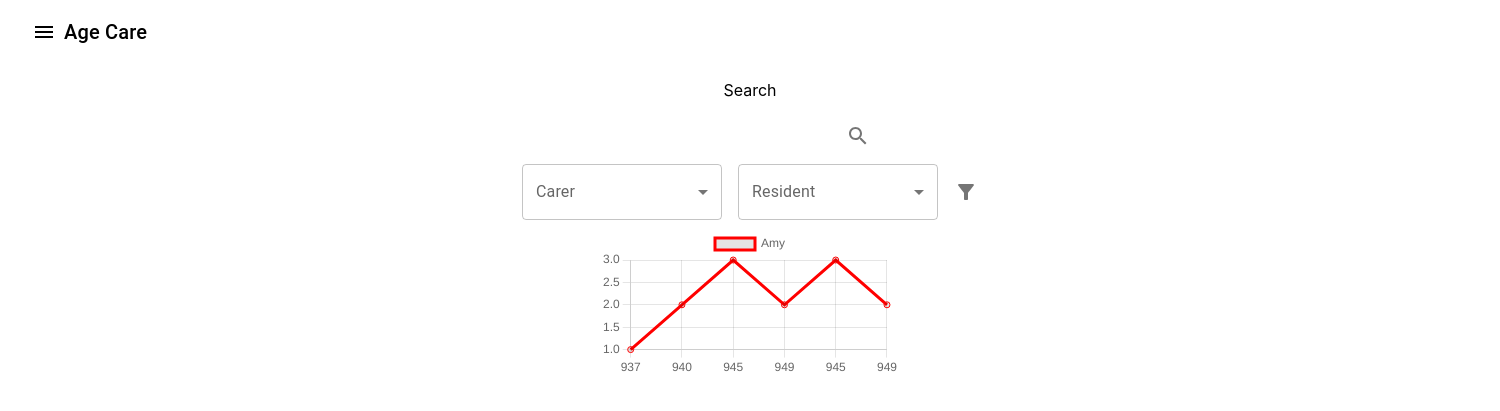
Repository: kimchybob/age_care
Page: /dataGrid, after clicking the first element matching `button.css-78trlr-MuiButtonBase-root-MuiIconButton-root`
An editor plug-in stored every save of this project. The page is shown before and after the next save, followed by the edit.
The browser window is 1280 px wide. The page is 1500 px wide, so the pictures cover 1500 px, including what lies to the right of the window. The pictures show the whole page.
The project was rebuilt for these pictures with package versions that can differ from the ones it lists, and the page was loaded fresh each time. Also part of the build but not shown: src/Components/TimeSelecter.js, src/Components/SingleSelectList.js, src/Components/TableChart.js, src/Pages/DataGridPage.js.

Above is the page before, as saved 2022-03-23 16:24:03.

After the next save:
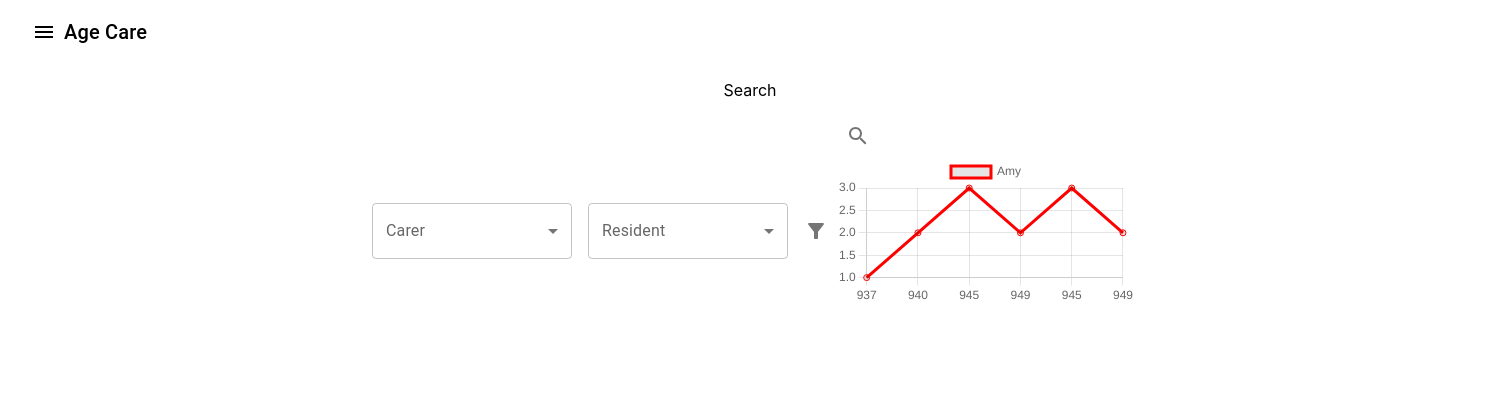
Saved 5 h 38 min later.
--- a/src/Pages/ChartPage.js
+++ b/src/Pages/ChartPage.js
@@ -60,16 +60,16 @@ function ChartPage(){
           justifyContent="center"
           alignItems="center"
         >
-            <MultiSelectList label={"Carer"}/>
-            <MultiSelectList label={"Resident"}/>
-            <IconButton onClick={filterClicked}>
-                <FilterAltIcon/>
-            </IconButton>
+          <MultiSelectList label={"Carer"}/>
+          <MultiSelectList label={"Resident"}/>
+          <IconButton onClick={filterClicked}>
+              <FilterAltIcon/>
+          </IconButton>
+          <Grid item>
+            <LineChart chartData={userData}/>
+          </Grid>
         </Grid>
         :<h1/>}
-        <Grid item>
-          <LineChart chartData={userData}/>
-        </Grid>
       </Grid>
     </div>
   );
